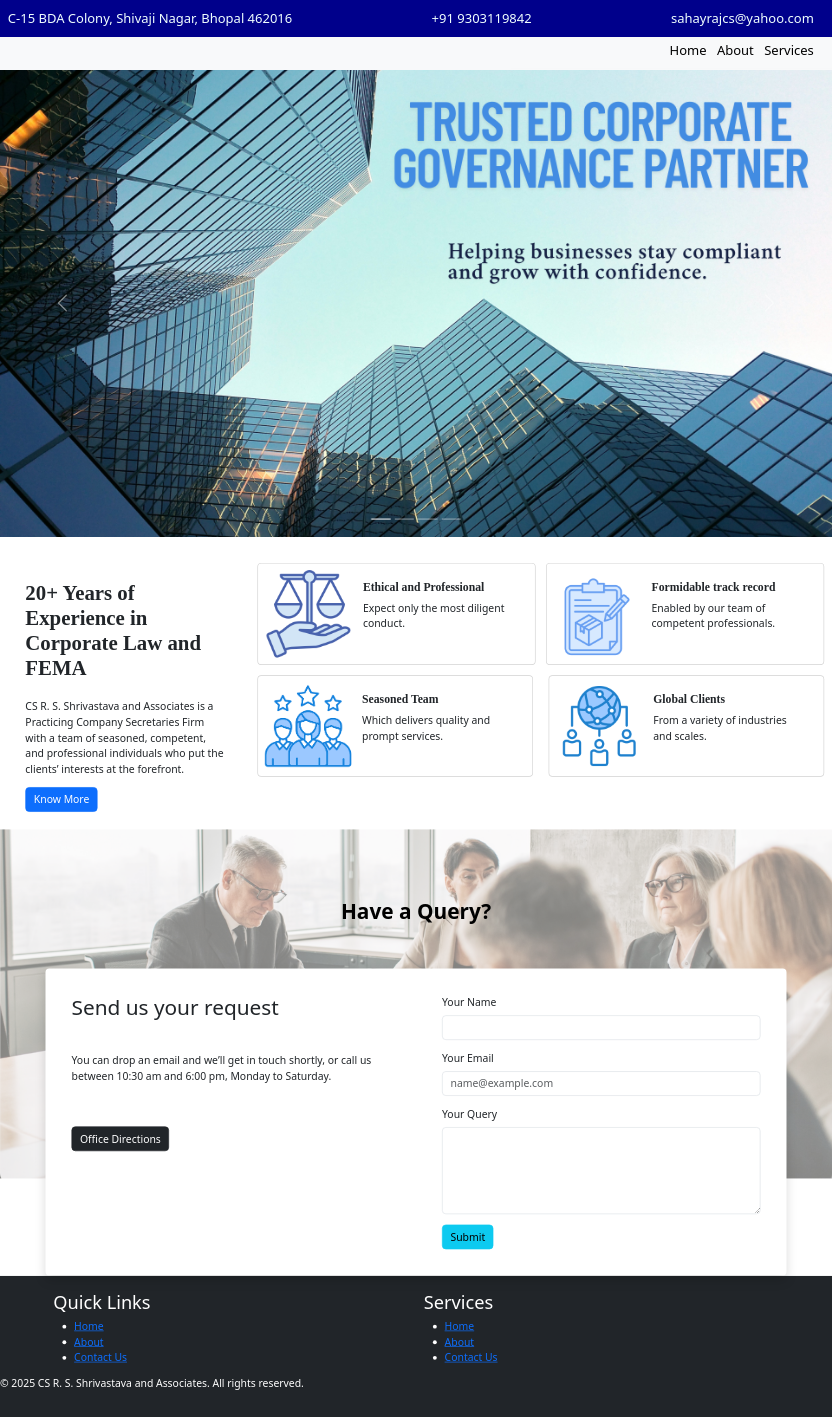
Repository: aayushiss/CS-RSS
Page: index.html
The author's editor kept a copy of each file at every save. The page is drawn from the files as they stood at one save, then again after the next save.
The browser window is 1280 px wide. The pictures show the whole page, at 65% of full size.

Above is the page before, as saved 2025-05-15 20:15:02.

### index.html
<!DOCTYPE html>
<html lang="en">

<head>
  <meta charset="UTF-8">
  <meta name="viewport" content="width=device-width, initial-scale=1.0">
  <title>R. S. Shrivastava</title>
  <link href="https://cdn.jsdelivr.net/npm/bootstrap@5.3.3/dist/css/bootstrap.min.css" rel="stylesheet"
    integrity="sha384-QWTKZyjpPEjISv5WaRU9OFeRpok6YctnYmDr5pNlyT2bRjXh0JMhjY6hW+ALEwIH" crossorigin="anonymous">
  <link rel="stylesheet" type="text/css" href="style.css">
</head>

<body>
  <nav class="navbar fixed-top custom-navbar">
    <div class="container-fluid d-flex justify-content-between">
      <a class="navbar-brand"
        href="https://www.google.com/maps/place/R+S+SHRIVASTAVA+%26+ASSOCIATES/@23.2288499,77.4244091,17z/data=!3m1!4b1!4m6!3m5!1s0x397c425fada83073:0xcb1e8ba90a487f4e!8m2!3d23.228845!4d77.426984!16s%2Fg%2F1td0r8v9?entry=ttu&g_ep=EgoyMDI1MDUxMi4wIKXMDSoASAFQAw%3D%3D"
        target="_blank">C-15 BDA Colony, Shivaji Nagar, Bhopal 462016</a>
      <a class="navbar-brand" href="" tel:+919303119842"">+91 9303119842</a>
      <a class="navbar-brand" href="mailto:sahayrajcs@yahoo.com">sahayrajcs@yahoo.com</a>
    </div>
  </nav>
  <div class="navbar-space"></div>

  <nav class="navbar sticky-top second-navbar bg-light">
    <div class="container-fluid d-flex justify-content-end">
      <a class="navbar-brand" href="index.html">Home</a>
      <a class="navbar-brand" href="about.html">About</a>
      <a class="navbar-brand" href="#">Services</a>
    </div>
  </nav>

  <div id="carouselExampleCaptions" class="carousel slide">
    <div class="carousel-indicators">
      <button type="button" data-bs-target="#carouselExampleCaptions" data-bs-slide-to="0" class="active"
        aria-current="true" aria-label="Slide 1"></button>
      <button type="button" data-bs-target="#carouselExampleCaptions" data-bs-slide-to="1"
        aria-label="Slide 2"></button>
      <button type="button" data-bs-target="#carouselExampleCaptions" data-bs-slide-to="2"
        aria-label="Slide 3"></button>
      <button type="button" data-bs-target="#carouselExampleCaptions" data-bs-slide-to="3"
        aria-label="Slide 4"></button>
    </div>
    <div class="carousel-inner">
      <div class="carousel-item active">
        <img src="images/Trusted corporate governance partner.png" class="d-block w-100" alt="...">
        <div class="carousel-caption d-none d-md-block">
          <!-- <h5>First slide label</h5>
              <p>Some representative placeholder content for the first slide.</p> -->
        </div>
      </div>
      <div class="carousel-item">
        <img src="images/LegalConsultancy.png" class="d-block w-100" alt="...">
      </div>
      <div class="carousel-item">
        <img src="images/companyIncorporation.png" class="d-block w-100" alt="...">
      </div>
      <div class="carousel-item">
        <img src="images/annualFilingReturn.png" class="d-block w-100" alt="...">
      </div>
    </div>
    <button class="carousel-control-prev" type="button" data-bs-target="#carouselExampleCaptions" data-bs-slide="prev">
      <span class="carousel-control-prev-icon" aria-hidden="true"></span>
      <span class="visually-hidden">Previous</span>
    </button>
    <button class="carousel-control-next" type="button" data-bs-target="#carouselExampleCaptions" data-bs-slide="next">
      <span class="carousel-control-next-icon" aria-hidden="true"></span>
      <span class="visually-hidden">Next</span>
    </button>
  </div>
  <div class="container-fluid" style="margin-top: 40px;">

    <div class="row">
      <div class="col-auto" style="width: 30vw;">
        <div class="card" style="border-color: white;">
          <div class="card-body">
            <h5 class="card-title">20+ Years of
              Experience in Corporate Law and FEMA</h5>
            <p class="card-text" style="padding-top: 20px">CS R. S. Shrivastava and Associates is a Practicing Company
              Secretaries Firm with a team of seasoned, competent, and professional individuals who put the clients’
              interests at the forefront.</p>
            <a href="about.html" class="btn btn-primary">Know More</a>
          </div>
        </div>
      </div>
      <div class="col">
        <div class="row row-cols-2 g-3">
          <div class="col">
            <div class="card mb-3">
              <div class="row g-0">
                <div class="col-md-4">
                  <img src="images/8629542.png" class="img-fluid rounded-start" alt="...">
                </div>
                <div class="col-md-8">
                  <div class="card-body">
                    <h5 class="card-title">Ethical and Professional</h5>
                    <p class="card-text">Expect only the most diligent conduct.</p>
                  </div>
                </div>
              </div>
            </div>
          </div>
          <div class="col">
            <div class="card mb-3">
              <div class="row g-0">
                <div class="col-md-4">
                  <img src="images/16919209.png" class="img-fluid rounded-start" alt="...">
                </div>
                <div class="col-md-8">
                  <div class="card-body">
                    <h5 class="card-title">Formidable track record</h5>
                    <p class="card-text">Enabled by our team of competent professionals.</p>
                  </div>
                </div>
              </div>
            </div>
          </div>
        </div>
        <div class="row">
          <div class="col">
            <div class="card mb-3">
              <div class="row g-0">
                <div class="col-md-4">
                  <img src="images/images.png" class="img-fluid rounded-start" alt="...">
                </div>
                <div class="col-md-8">
                  <div class="card-body">
                    <h5 class="card-title">Seasoned Team
                    </h5>
                    <p class="card-text">Which delivers quality and prompt services.</p>
                  </div>
                </div>
              </div>
            </div>
          </div>
          <div class="col">
            <div class="card mb-3">
              <div class="row g-0">
                <div class="col-md-4">
                  <img src="images/11743537.png" class="img-fluid rounded-start" alt="...">
                </div>
                <div class="col-md-8">
                  <div class="card-body">
                    <h5 class="card-title">Global Clients
                    </h5>
                    <p class="card-text">From a variety of industries and scales.</p>
                  </div>
                </div>
              </div>
            </div>
          </div>
        </div>
      </div>
    </div>
  </div>

  <div class="position-relative" style="margin-bottom: 150px;">
    <img src="images/haveAQuery.jpg" class="img-fluid" alt="..." style="opacity: .5;">
    <h2 class="position-absolute start-50 translate-middle-x text-black fw-bold" style="top: 20%;">
      Have a Query?
    </h2>

    <div class="container-md position-absolute start-50 translate-middle-x" style="top: 40%;" id="contact-section">
      <div class="row bg-white rounded shadow">
        <div class="col" style="padding: 40px;">
          <h2>Send us your request</h2>
          <p style="margin-top: 50px;">
            You can drop an email and we’ll get in touch shortly, or call us between 10:30 am and 6:00 pm, Monday to
            Saturday.
          </p>
          <div class="btn btn-dark" style="margin-top: 50px;">
            <a href="https://www.google.com/maps/place/R+S+SHRIVASTAVA+%26+ASSOCIATES/@23.2288499,77.4244091,17z/data=!3m1!4b1!4m6!3m5!1s0x397c425fada83073:0xcb1e8ba90a487f4e!8m2!3d23.228845!4d77.426984!16s%2Fg%2F1td0r8v9?entry=ttu&g_ep=EgoyMDI1MDUxMi4wIKXMDSoASAFQAw%3D%3D"
              style="color: white; text-decoration: none; padding-top: 20px;" target="_blank">Office Directions</a>
          </div>
        </div>
        <div class="col" style="padding: 40px;">
          <div class="mb-3">
            <label for="formControlInput1" class="form-label">Your Name</label>
            <input class="form-control" id="ƒormControlInput1">
          </div>
          <div class="mb-3">
            <label for="formControlTextarea1" class="form-label">Your Email</label>
            <input type="email" class="form-control" id="formControlInput1" placeholder="name@example.com">
          </div>
          <div class="mb-3">
            <label for="formControlTextarea2" class="form-label">Your Query</label>
            <textarea class="form-control" id="exampleFormControlTextarea1" rows="5"></textarea>
          </div>
          <div class="btn btn-info">Submit</div>

        </div>
      </div>
    </div>
  </div>
  </div>
  <footer class="bg-dark text-white py-4 mt-5">
    <div class="container">
      <div class="row">
        <div class="col">
          <h3>Quick Links</h3>
          <ul>
            <li><a href="index.html">Home</a></li>
            <li><a href="about.html">About</a></li>
            <li><a href="#contact-section">Contact Us</a></li>
          </ul>
        </div>
        <div class="col">
          <h3>Services</h3>
          <ul>
            <li><a href="index.html">Home</a></li>
            <li><a href="about.html">About</a></li>
            <li><a href="#contact-section">Contact Us</a></li>
          </ul>
        </div>
      </div>

    </div>
    <p>&copy; 2025 CS R. S. Shrivastava and Associates. All rights reserved.</p>
  </footer>

  <script src="https://cdn.jsdelivr.net/npm/bootstrap@5.3.3/dist/js/bootstrap.bundle.min.js"
    integrity="sha384-YvpcrYf0tY3lHB60NNkmXc5s9fDVZLESaAA55NDzOxhy9GkcIdslK1eN7N6jIeHz"
    crossorigin="anonymous"></script>
</body>

</html>

### style.css
.custom-navbar {
    background-color: darkblue;
}

.custom-navbar .navbar-brand {
    color: azure;
}

.navbar-space {
    margin-top: 50px;
}

.second-navbar .navbar-brand{
    color: black;
}

.custom-card{
    height: 25vh;
}

.custom-card .card-img{
    height: 100%;
    object-fit: cover;
}

.container-fluid .card{
    padding: 10px;
}
.container-fluid .card-title{
font-family: 'Times New Roman', Times, serif;
font-weight: bold;
font-size: xx-large;
}

.container-fluid .col-md-8 .card-title{
font-family: 'Times New Roman', Times, serif;
font-size: large;
}

After the next save:
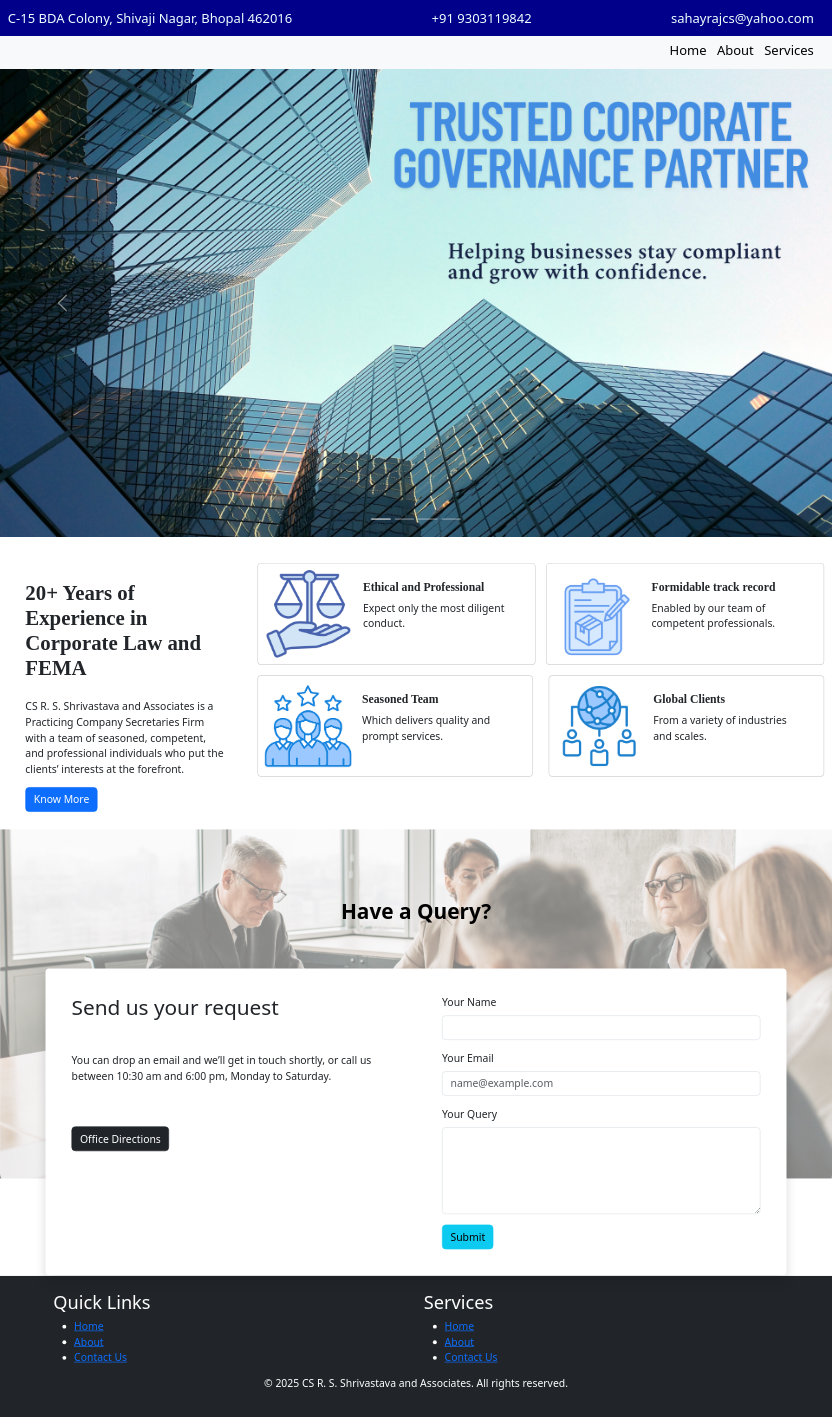
Saved 97 s later.
--- a/index.html
+++ b/index.html
@@ -215,7 +215,7 @@
       </div>
 
     </div>
-    <p>&copy; 2025 CS R. S. Shrivastava and Associates. All rights reserved.</p>
+    <p class="text-center">&copy; 2025 CS R. S. Shrivastava and Associates. All rights reserved.</p>
   </footer>
 
   <script src="https://cdn.jsdelivr.net/npm/bootstrap@5.3.3/dist/js/bootstrap.bundle.min.js"
